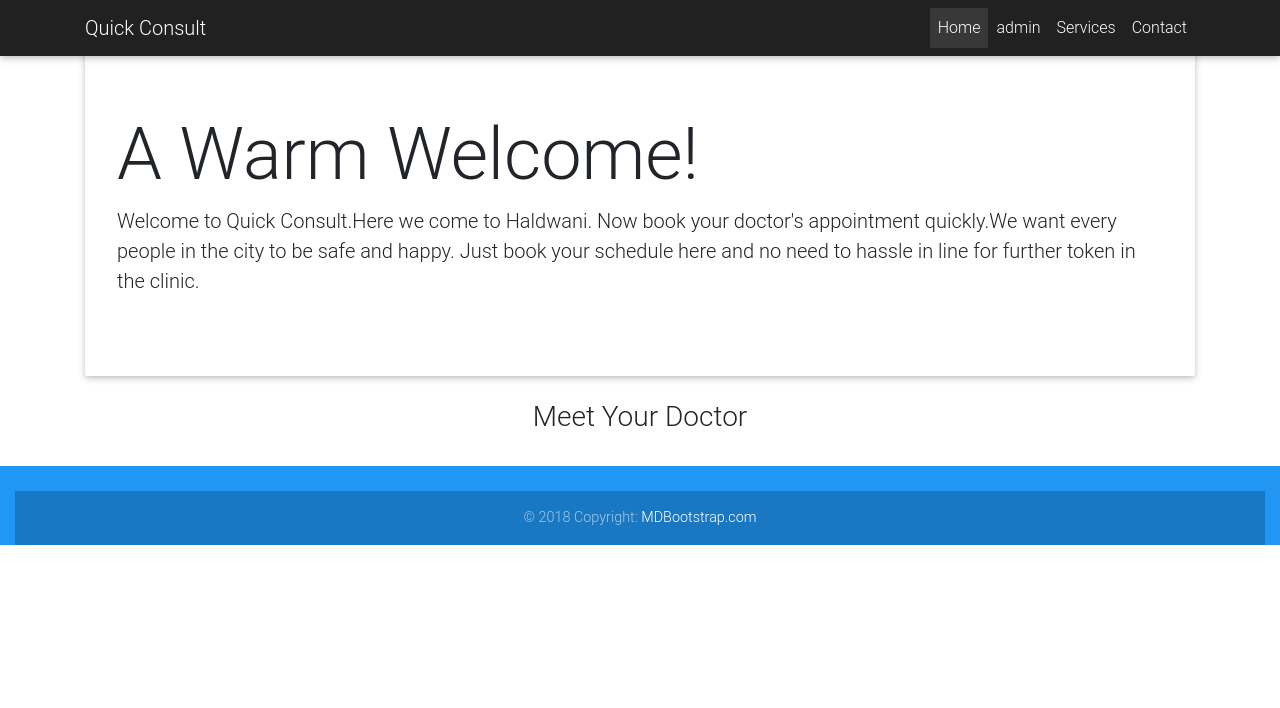
Repository: yogz-joshi/quick_consult
Page: http://localhost/
The author's editor kept a record of every edit. The page is drawn from the files as they stood at one moment, then again after the next edit.
The browser window is 1280 px wide. The pictures show the whole page.
Some web libraries are served in a nearby version. The page is served by the project's Node server (work/v2/app.js). Other server files are loaded and not shown. Queries for data that is not in the repository find no rows.

Above is the page before.

### work/v2/views/home.ejs
<% include partials/header%>
<div class="container">
    <header class="jumbotron my-4">
        <h1 class="display-3">A Warm Welcome!</h1>
        <p class="lead">Welcome to Quick Consult.Here we come to Haldwani. Now book your doctor's appointment quickly.We want every
        people in the city to be safe and happy. Just book your schedule here and no need to hassle in line for further token in the clinic.</p>
      <!--<div style="margin:0 0 auto" <a href="#" class="btn btn-primary btn-lg">Know more</a></div>-->
    </header>

    <div class="container">
    <div class="row text-center">
        <div class="col-lg-12">
           <h3>Meet Your Doctor</h3>
       </div>

     <%clinic.forEach(function(clinics){%>

        <div class="col-md-4 col-sm-6 mb-4">
              <div class="card" >
                <img class="card-img-top" style="height:10rem" src="https://www.onlinelogomaker.com/blog/wp-content/uploads/2017/07/medical-logo.jpg" alt="">
                    <div class="card-body">
                      <h4 class="card-title"><%=clinics.name%></h4>
                      <p class="card-text"><%=clinics.speciality%></p>
                      <p class="card-text">Opening/Closing Time</p>
                      <p class="card-text"><%=clinics.otime%>AM-<%=clinics.ctime%>PM</p>
                    </div>
                        <div class="card-footer">
                          <a class="btn btn-primary" href="/clinic/<%=clinics._id%>/new">Book Appointment</a>
                        </div>
                </div>
        </div>
        <% })%>
    </div>

</div>
</div>
<% include partials/footer%>

### work/v2/views/partials/header.ejs
<!DOCTYPE>
<html>
    <head>
        <title>
            Quick Consult
        </title>
               <link href="https://maxcdn.bootstrapcdn.com/bootstrap/4.0.0/css/bootstrap.min.css" rel="stylesheet">
                <!-- Font Awesome -->
                <link rel="stylesheet" href="https://maxcdn.bootstrapcdn.com/font-awesome/4.7.0/css/font-awesome.min.css">
                  <!-- Bootstrap core CSS -->
                <link href="https://cdnjs.cloudflare.com/ajax/libs/twitter-bootstrap/4.0.0/css/bootstrap.min.css" rel="stylesheet">
                <!-- Material Design Bootstrap -->
                <link href="https://cdnjs.cloudflare.com/ajax/libs/mdbootstrap/4.5.0/css/mdb.min.css" rel="stylesheet">
                <meta name="viewport" content="width=device-width, initial-scale=1, maximum-scale=1, user-scalable=no">
                <meta http-equiv="x-ua-compatible" content="ie=edge">

    </head>
    <body>


     Navigation
    <nav class="navbar  navbar-expand-sm navbar-dark bg-dark fixed-top">
      <div class="container">
        <a class="navbar-brand" href="/">Quick Consult</a>
        <button class="navbar-toggler" type="button" data-toggle="collapse" data-target="#navbarResponsive" aria-controls="navbarResponsive" aria-expanded="false" aria-label="Toggle navigation">
          <span class="navbar-toggler-icon"></span>
        </button>
        <div class="collapse navbar-collapse" id="navbarResponsive">
          <ul class="navbar-nav ml-auto">
            <li class="nav-item active">
              <a [routerLink]="['/']" class="nav-link" href="/">Home
                <span class="sr-only">(current)</span>
              </a>
            </li>
            <li class="nav-item">
              <a [routerLink]="['/clinic']" class="nav-link" href="/clinic">admin</a>
            </li>
            <li class="nav-item">
              <a [routerLink]="['#']" class="nav-link" href="#">Services</a>
            </li>
            <li class="nav-item">
              <a [routerLink]="['#']"class="nav-link" href="#">Contact</a>
            </li>
          </ul>
        </div>
      </div>
    </nav>

### work/v2/views/partials/footer.ejs

<footer class="page-footer font-small blue pt-4 mt-4">

    <!--Footer Links-->
    <div class="container-fluid text-center text-md-left">
        <div class="row">

            <!--First column-->
            <div class="col-md-6">
            <!--    <h5 class="text-uppercase">Footer Content</h5>-->
            <!--    <p>Here you can use rows and columns here to organize your footer content.</p>-->
            <!--</div>-->
            <!--/.First column-->

            <!--Second column-->
            <!--<div class="col-md-6">-->
            <!--    <h5 class="text-uppercase">Links</h5>-->
            <!--    <ul class="list-unstyled">-->
            <!--        <li>-->
            <!--            <a href="#!">Link 1</a>-->
            <!--        </li>-->
            <!--        <li>-->
            <!--            <a href="#!">Link 2</a>-->
            <!--        </li>-->
            <!--        <li>-->
            <!--            <a href="#!">Link 3</a>-->
            <!--        </li>-->
            <!--        <li>-->
            <!--            <a href="#!">Link 4</a>-->
            <!--        </li>-->
            <!--    </ul>-->
            <!--</div>-->
            <!--/.Second column-->
        </div>
    </div>
    <!--/.Footer Links-->

    <!--Copyright-->
    <div class="footer-copyright py-3 text-center">
        © 2018 Copyright:
        <a href="https://mdbootstrap.com/material-design-for-bootstrap/"> MDBootstrap.com </a>
    </div>
    <!--/.Copyright-->

</footer>
<!--/.Footer-->

### work/v2/app.js
var express=require("express");
var app= express();
var mongoose=require("mongoose");
var methodOverride=require("method-override");
var bodyParser=require("body-parser");
var passport=require("passport");
var users=require("./models/usersM");
var clinic=require("./models/clinicM");
var admin=require("./models/adminM");
var localStrategy=require("passport-local");
var passpoprtLocalMongoose=require("passport-local-mongoose");
mongoose.connect("mongodb://localhost/all_clinics");

//var seedDB=require("./seed");
//seedDB();
app.use(require("express-session")({
    secret:"kitty is the best dog",
    resave:false,
    saveUninitialized:false
}));


app.use(bodyParser.urlencoded({extended:true}));
app.use(methodOverride("_method"));
app.use(passport.initialize());
app.use(passport.session());

passport.use(new localStrategy(admin.authenticate()));
passport.serializeUser(admin.serializeUser());
passport.deserializeUser(admin.deserializeUser());



app.set("view engine","ejs");
app.use(express.static("public"));//to use custom style sheets from public folder.
app.use(bodyParser.urlencoded({entended:true}));

// *************************************************************************************************************8
//adding clinics using form(Only Render for admin login)
app.get("/clinic",isLoggedIn,function(req,res){
    clinic.find({},function(err,allClinic){
        if(err){
            console.log(err);
        }
        else
        {
            res.render("clinic",{clinic:allClinic});
        }

    });
});

app.post("/clinic",function(req,res){
    var name= req.body.cname;
    var sp=req.body.special;
    var open=req.body.openAt;
    var close=req.body.closeAt;
     var lhrs=req.body.lunchHrs;
      var lstarts=req.body.lunchAt;
       var lovers=req.body.lunchOverAt;
       var closed=0;
    var newClinic={name:name,speciality:sp,otime:open,ctime:close,lunch_hrs:lhrs,lunch_at:lstarts,lunch_over:lovers,date_close:closed};
    clinic.create(newClinic,function(err,clinics)
    {
        if(err){
            console.log(err);

        }else
        {   req.flash("info", "Flash is back!");
            res.redirect("/clinic/new");
        }
    });
});
app.get("/clinic/new",isLoggedIn,function(req, res) {
    res.render("form1");

});
// **********************************************************************************************
// Home Page viewed to the User

app.get("/",function(req,res){
    clinic.find({},function(err,allClinic){
        if(err){
            console.log(err);
        }
        else
        {
            res.render("home",{clinic:allClinic});
        }

    });
});
// ******************************************************************************************
// deleting clinic
app.delete("/clinic/:id",function(req,res){
    clinic.findByIdAndRemove(req.params.id,function(err){
        if(err)
        {
            console.log(err);

        }else
        {
            res.redirect("/clinic");
        }
    });
});



//  ******************************************************************************************************
//  making appointmnet


 app.post("/clinic/:id",function(req,res){
     clinic.findById(req.params.id,function(err,allclinics){
         if(err){
             res.redirect("clinic");
         }else{
             console.log(req.body.users.date);
             console.log(allclinics.date_close);
             var a=Date.parse(req.body.users.date);
             var b=Date.parse(allclinics.date_close);
             if(a === b){
                //  req.flash("err","The Clinic is Closed today.Plaese book tommorow!!");
                  res.redirect("/clinic/"+req.params.id+"/new");

             }else{

                    users.create(req.body.users,function(err,allusers){
                    if(err){
                     console.log("err");
                    }else{
                     allclinics.users.push(allusers);
                     allclinics.save();
                    //req.flash("success","Appointment Sucessful.SMS is sent toyour mobile number");
                     res.redirect("/");
                 }

             });

             }
         }
     });
 });

 app.get("/clinic/:id/new",function(req,res){
    clinic.findById(req.params.id,function (err,allClinic) {
        if(err){
            console.log(err);
        }else{
            res.render("form2",{clinics:allClinic});
        }

    });


});
// ************************************ ************************************* *************************************
app.post("/clinic/:id/record",function(req,res){
    clinic.findById(req.params.id).populate({path:'users',match :{$and: [{date : req.body.search},{time : req.body.timesearch}]}, options:{ sort:{time :1}} }).exec(function(err,allclinic){
        if(err){
            console.log(err);
        }else{
           // console.log(allclinic);
            res.render("user_record",{clinic:allclinic});
        }
    });
});
// ****************************************************************************************************************
//View user record and update clinic close date..(Only for Admin Account)


app.get("/clinic/:id/record",function(req,res){
    clinic.findById(req.params.id).populate({path:'users',options:{ sort:{date : 1}}}).exec(function(err,allclinic){
        if(err){
            console.log(err);
        }else{
           // console.log(allclinic);
            res.render("user_record",{clinic:allclinic});
        }
    });
});
app.get("/clinic/:id/update",isLoggedIn,function(req,res){
     clinic.findById(req.params.id,function (err,allClinic) {
        if(err){
            console.log(err);
        }else{
            res.render("UpdateDate",{clinics:allClinic});
        }

    });
});
// to update the closed clinic date
app.put("/clinic/:id/update",function(req,res){


    clinic.findByIdAndUpdate(req.params.id,req.body.clinic,function(err,allclinic){
        if(err){
            console.log(err);
        }else{
            res.redirect("/clinic");
        }
    });
});
// ********************************************************************************************
// REGISTER ADMIN ROUTE
// app.get("/register",function(req,res){
//     res.render("signin");
// });

// app.post("/register",function(req,res){
//     admin.register(new admin({username:req.body.username}),req.body.password,function(err,admin){
//         if(err){
//             console.log(err);
//             return res.render('signin');
//         }
//         else{
//             passport.authenticate("local")(req,res,function(){
//                 res.redirect("/clinic");
//             });
//         }
//     });
// });
// ************************************************************************************************
// LOGIN ROUTES
app.get("/login",function(req,res){
    res.render("login");
});
//middleware
app.post("/login",passport.authenticate("local",{
    successRedirect:"/clinic",
    failureRedirect:"/login"
}),function(req,res){

});
// LOGOUT ROUTE
app.get("/logout",function(req,res){
    req.logout();
    res.redirect("/login");
});
// Middleware for checking the active session/authentication
function isLoggedIn(req,res,next){
    if(req.isAuthenticated()){
        return next();
    }
    res.redirect("/login");
}
// **************************************************************************************************

// Running the Server
app.listen(process.env.PORT,process.env.IP,function(){
    console.log("Server Started");
});

After the next edit:
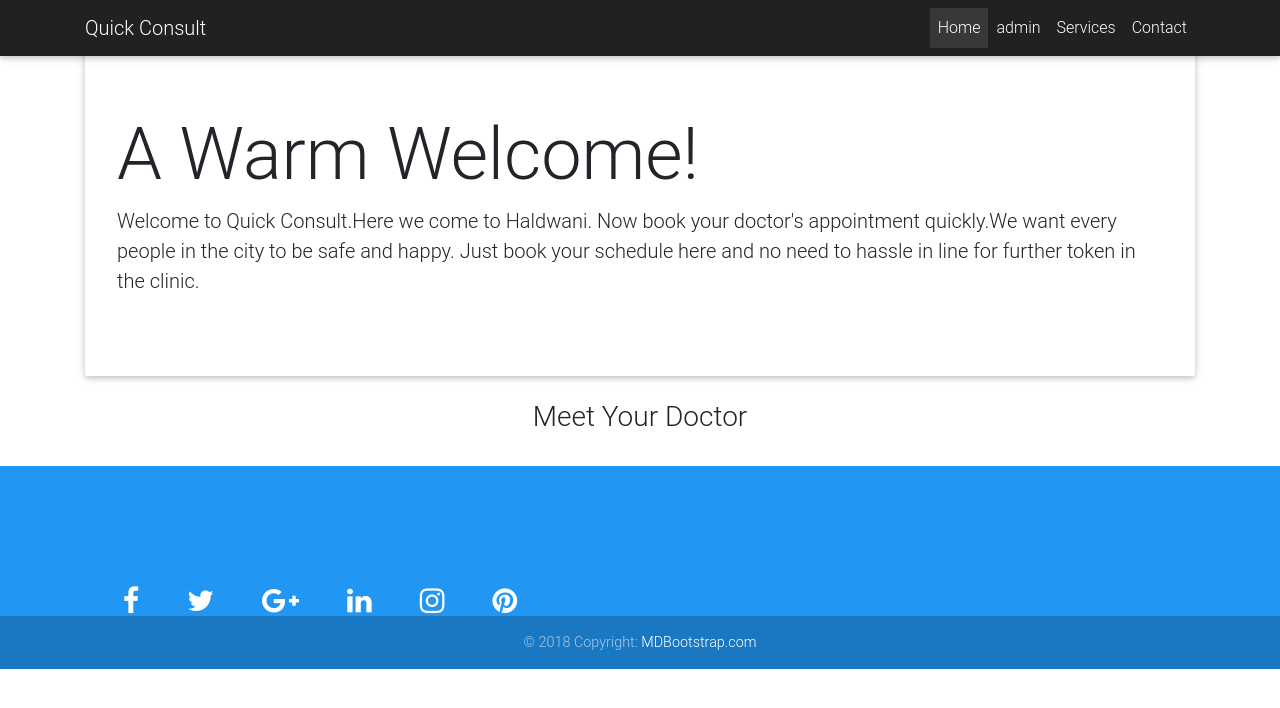
The edit:
--- a/work/v2/views/partials/footer.ejs
+++ b/work/v2/views/partials/footer.ejs
@@ -29,7 +29,39 @@
             <!--            <a href="#!">Link 4</a>-->
             <!--        </li>-->
             <!--    </ul>-->
-            <!--</div>-->
+             <div class="col-md-12 py-5">
+
+                <div class="mb-2 flex-center">
+
+                    <!--Facebook-->
+                    <a class="fb-ic">
+                        <i class="fa fa-facebook fa-lg white-text mr-md-5 mr-3 fa-2x"> </i>
+                    </a>
+                    <!--Twitter-->
+                    <a class="tw-ic">
+                        <i class="fa fa-twitter fa-lg white-text mr-md-5 mr-3 fa-2x"> </i>
+                    </a>
+                    <!--Google +-->
+                    <a class="gplus-ic">
+                        <i class="fa fa-google-plus fa-lg white-text mr-md-5 mr-3 fa-2x"> </i>
+                    </a>
+                    <!--Linkedin-->
+                    <a class="li-ic">
+                        <i class="fa fa-linkedin fa-lg white-text mr-md-5 mr-3 fa-2x"> </i>
+                    </a>
+                    <!--Instagram-->
+                    <a class="ins-ic">
+                        <i class="fa fa-instagram fa-lg white-text mr-md-5 mr-3 fa-2x"> </i>
+                    </a>
+                    <!--Pinterest-->
+                    <a class="pin-ic">
+                        <i class="fa fa-pinterest fa-lg white-text fa-2x"> </i>
+                    </a>
+                </div>
+            </div>
+            <!--/First column-->
+
+            </div>
             <!--/.Second column-->
         </div>
     </div>
